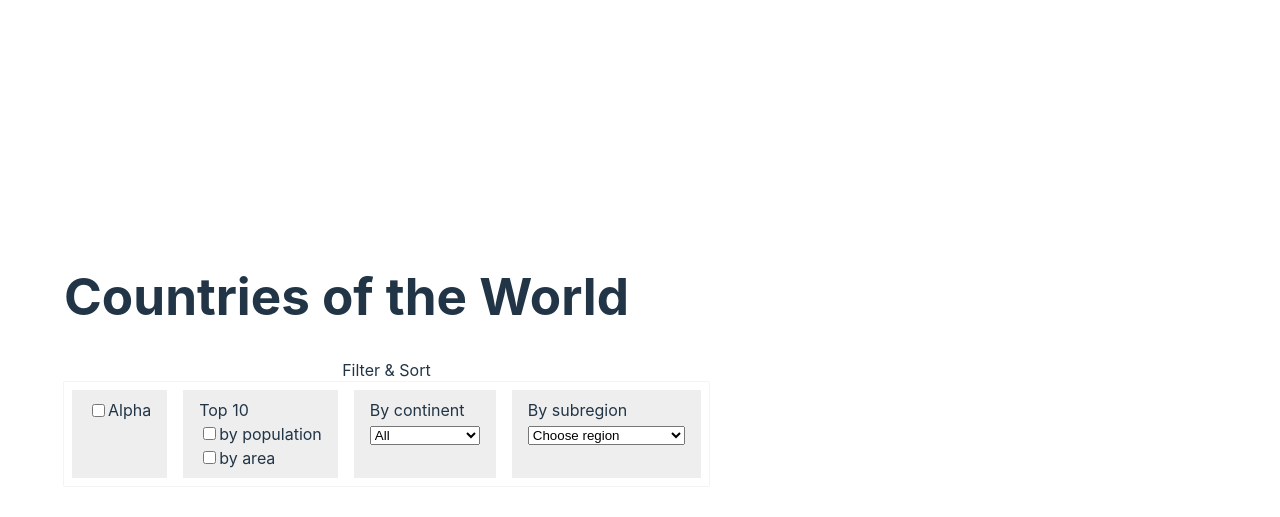
Repository: SamanthaYan298/my_countries
Page: /
These files come from the project's save history. The page is drawn as it stood at one moment and after the next save; the edit follows.
The browser window is 1280 px wide. The pictures show the whole page.
The project was rebuilt for these pictures with package versions that can differ from the ones it lists, and the page was loaded fresh each time. Also part of the build but not shown: vite.config.js.

Above is the page before, as saved 2024-11-04 17:53:01.

After the next save:
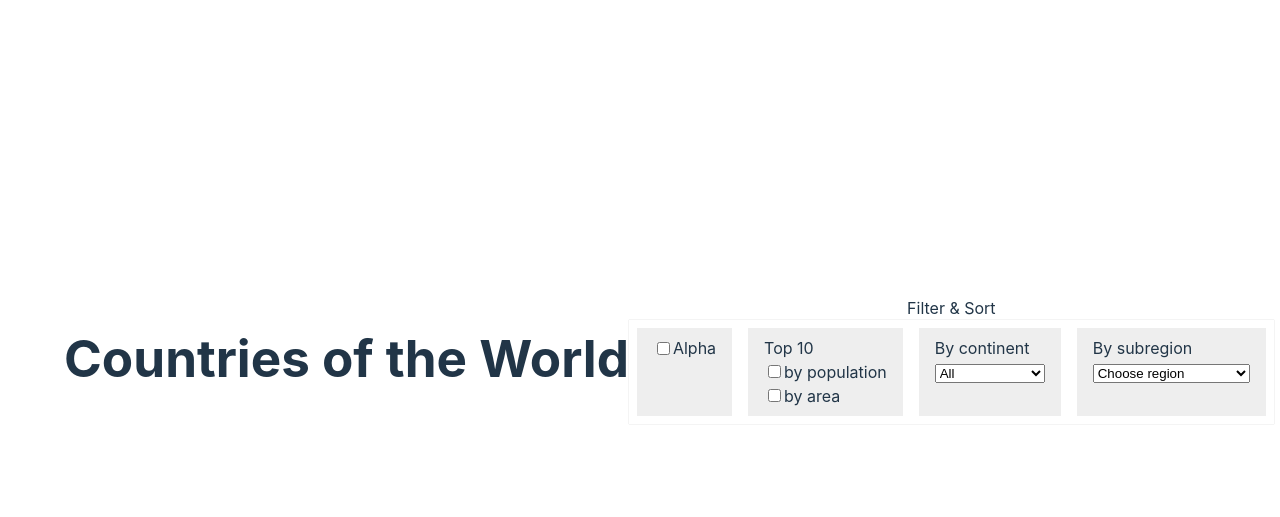
Saved 52 s later.
--- a/src/App.css
+++ b/src/App.css
@@ -1,4 +1,6 @@
 #root {
+  display: flex;
+  flex-direction: row;
   max-width: 100%;
   padding: 0;
   top: 0;

After the save that followed:
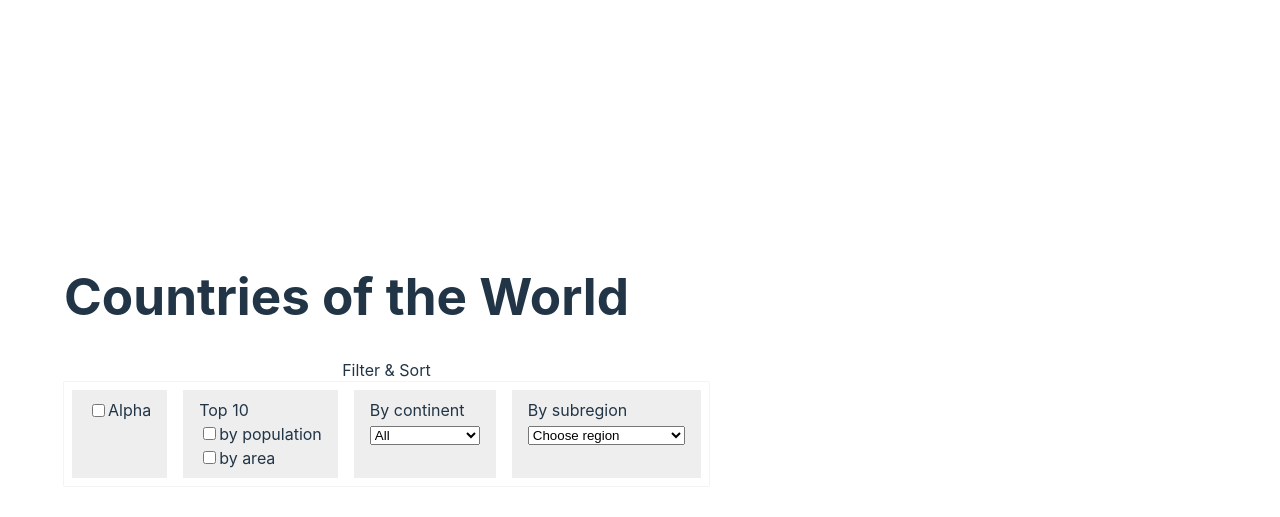
Saved 6 s later.
--- a/src/App.css
+++ b/src/App.css
@@ -1,6 +1,4 @@
 #root {
-  display: flex;
-  flex-direction: row;
   max-width: 100%;
   padding: 0;
   top: 0;
